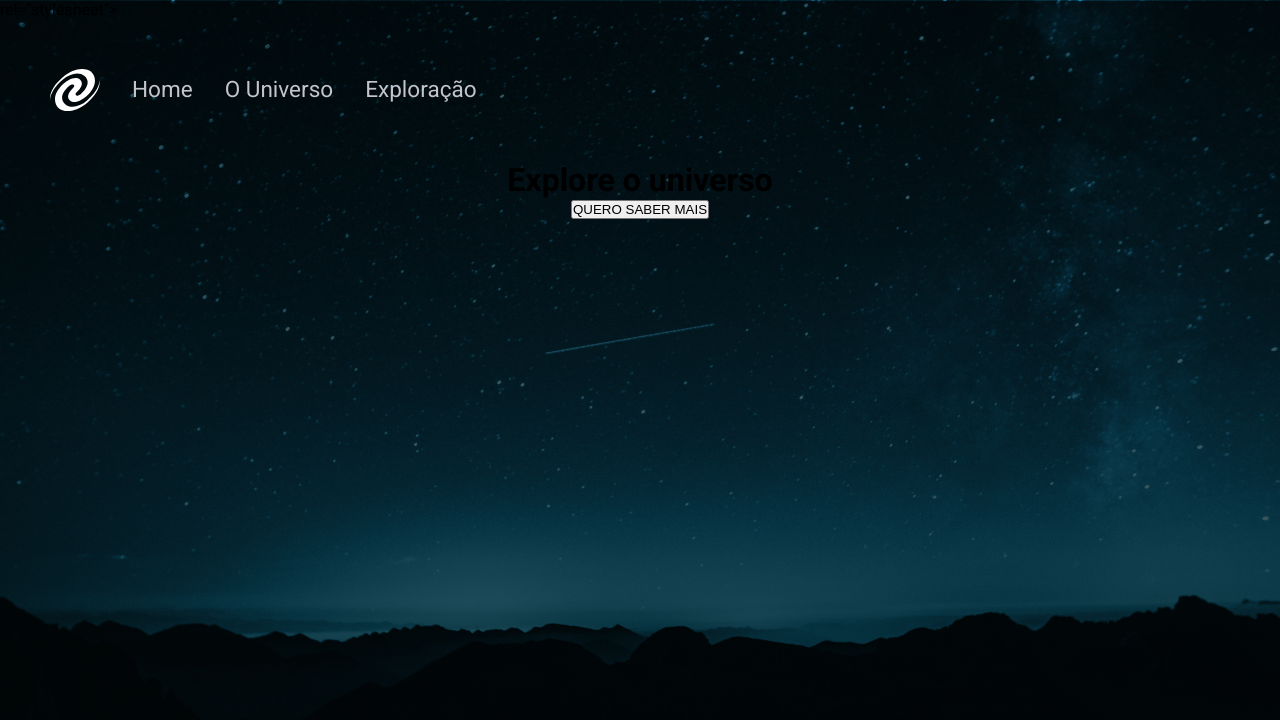
Repository: eltonneiferson/spaUniverse
Page: index.html
These files come from the project's save history. The page is drawn as it stood at one moment and after the next save; the edit follows.
The browser window is 1280 px wide. The pictures show the whole page.

Above is the page before, as saved 2022-10-26 22:17:59.

After the next save:
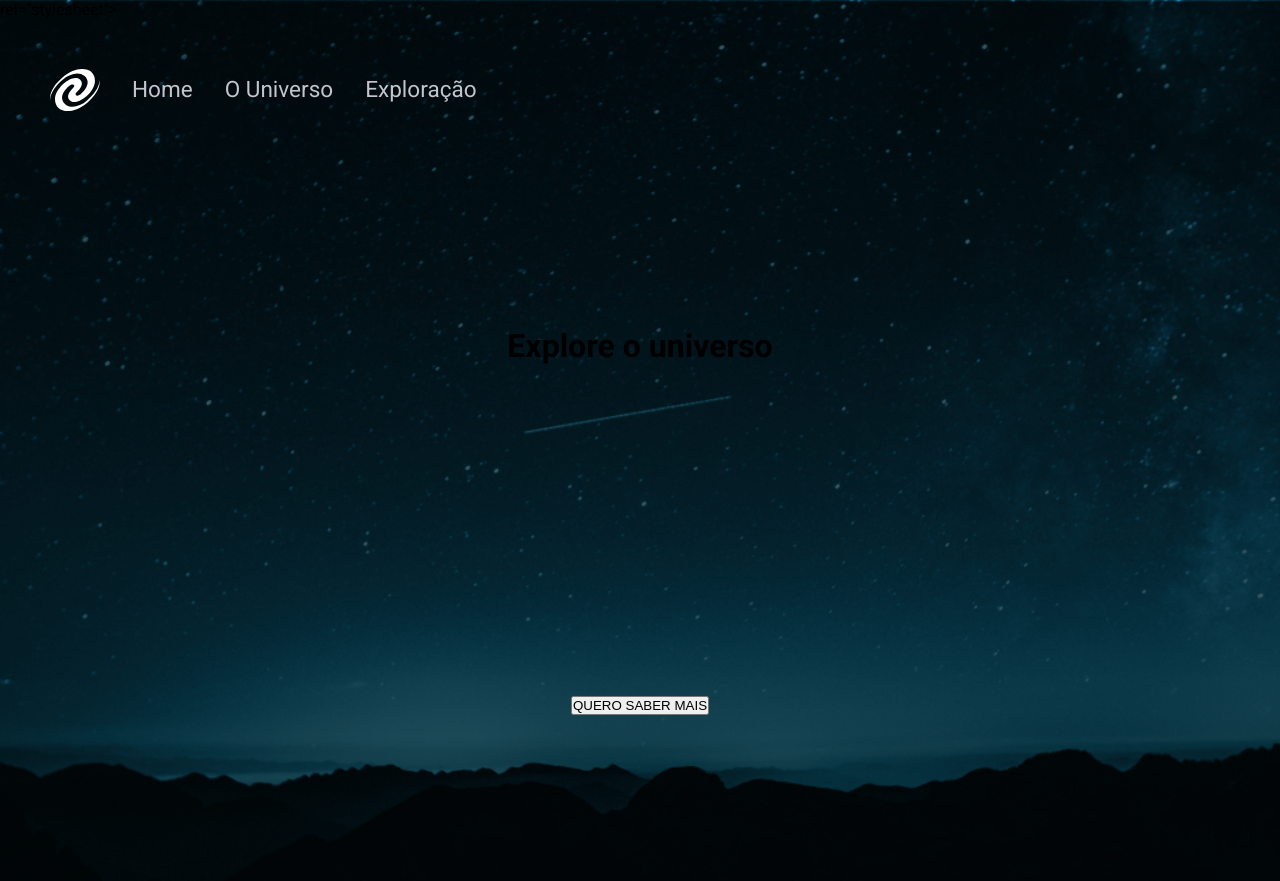
Saved 4 s later.
--- a/stylle.css
+++ b/stylle.css
@@ -39,7 +39,7 @@
 }
 
 main {
-    min
+    min-height: 100vh;
     display: grid;
     place-items: center;
 }

After the save that followed:
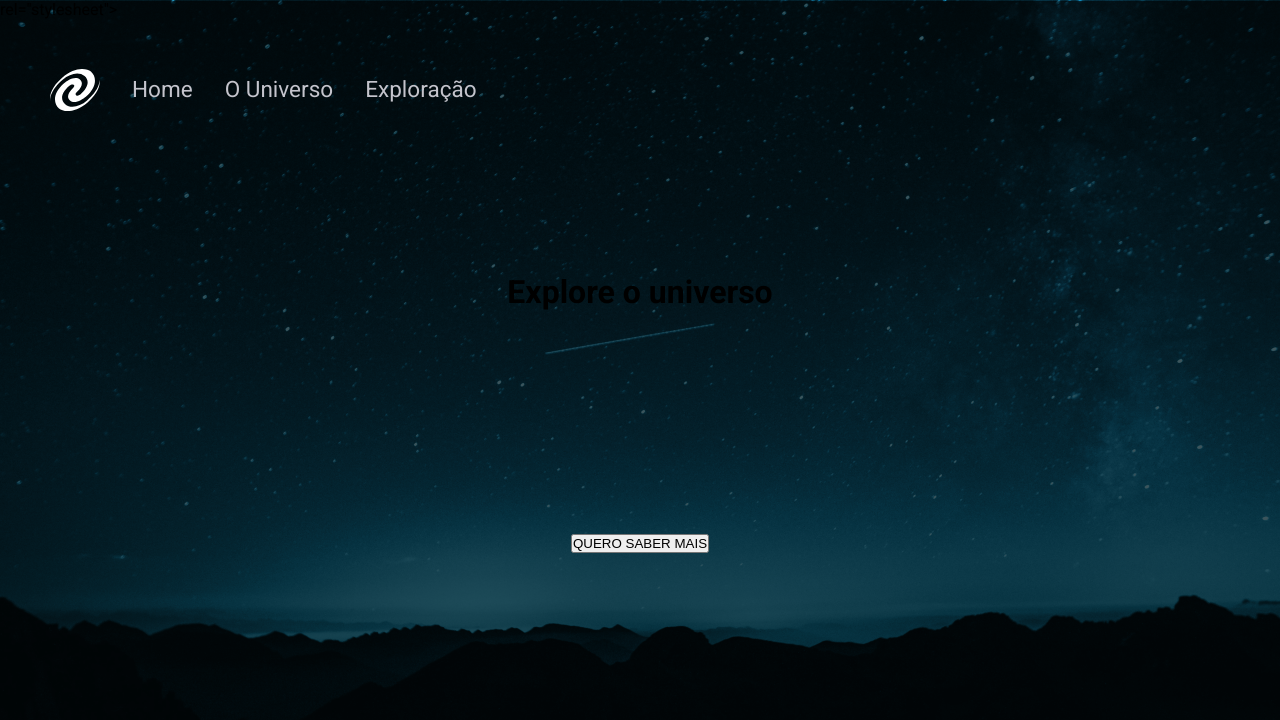
Saved 12 s later.
--- a/stylle.css
+++ b/stylle.css
@@ -39,7 +39,7 @@
 }
 
 main {
-    min-height: 100vh;
+    min-height: 70vh;
     display: grid;
     place-items: center;
 }
